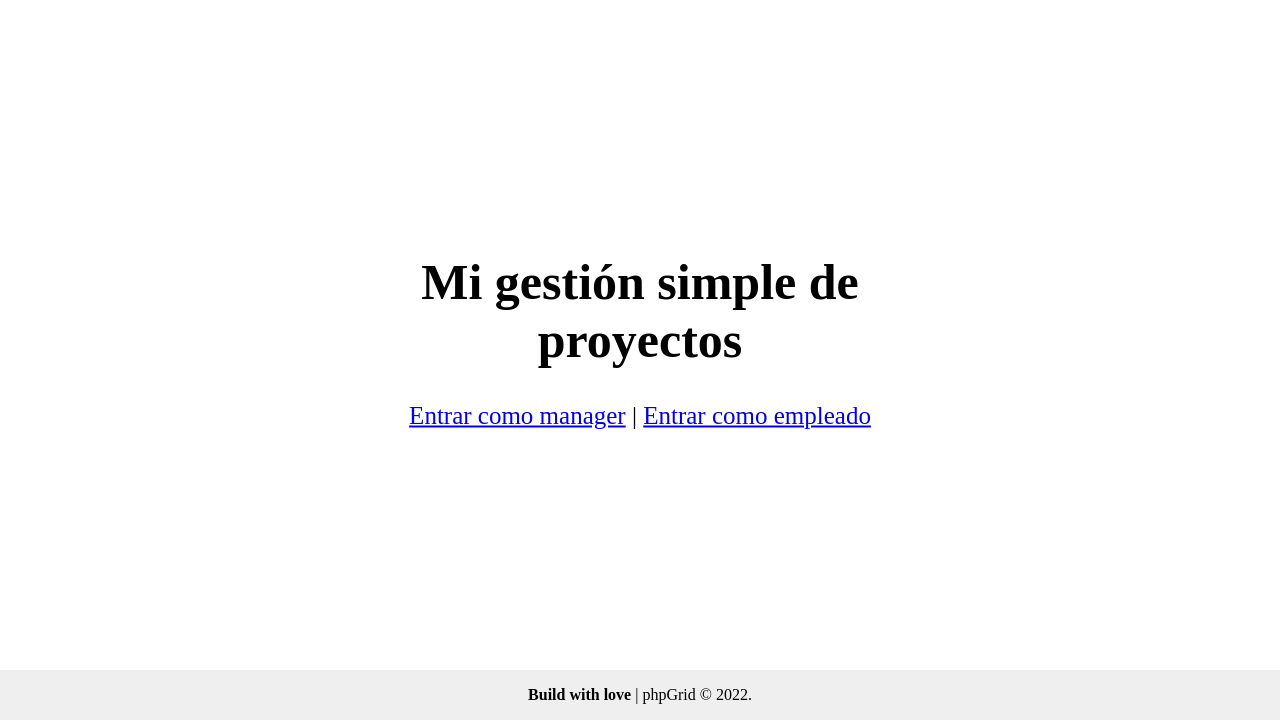
Repository: RaquelAlvarezz/free
Page: http://localhost/php/
These files come from the project's save history. The page is drawn as it stood at one moment and after the next save; the edit follows.
The browser window is 1280 px wide. The pictures show the whole page.
The page is run by PHP 8.4 with error messages shown; the project is at /var/www/html/.

Above is the page before, as saved 2022-01-20 08:24:29.

### index.php
<!DOCTYPE html>
<html>
<head>
	<title>Mi gestión simple de proyectos| phpGrid</title>
</head>
<body>

<style>
.centered {
    margin: 0;
    position: absolute;
    top: 45%;
    left: 50%;
    transform: translate(-50%, -50%);
    text-align:center;
    font-size: 25px;
}
.footer {
  position: fixed;
  right: 0;
  bottom: 0;
  left: 0;
  padding: 1rem;
  background-color: #efefef;
  text-align: center;
}

</style>

<div class="centered">
<h1>Mi gestión simple de proyectos</h1>

<a href="manager/clients.php" target="_new">Entrar como manager</a> | <a href="employee/tasks.php" target="_new">Entrar como empleado</a>
</div>

<div class="footer"><strong>Build with love</strong> | phpGrid &copy; <?php echo date('Y'); ?>.</div>

</body>
</html>

After the next save:
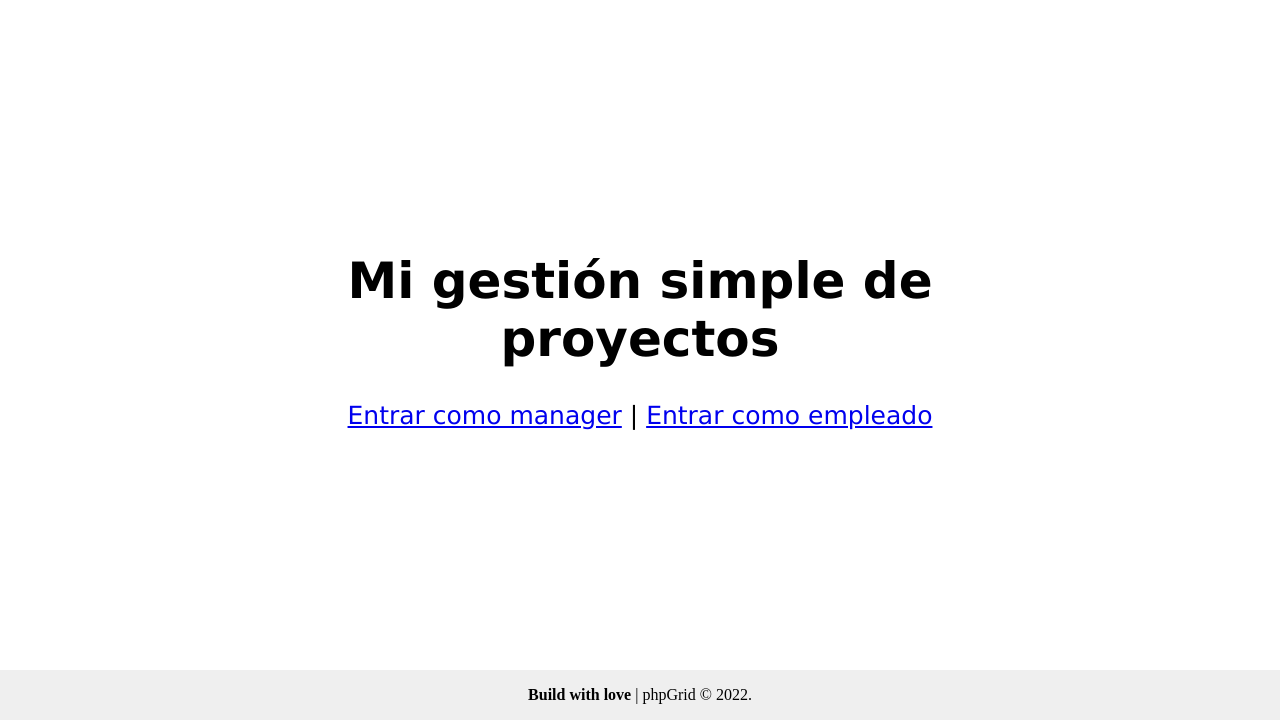
Saved 32 s later.
--- a/index.php
+++ b/index.php
@@ -14,6 +14,7 @@
     transform: translate(-50%, -50%);
     text-align:center;
     font-size: 25px;
+    font-family:verdana;
 }
 .footer {
   position: fixed;
